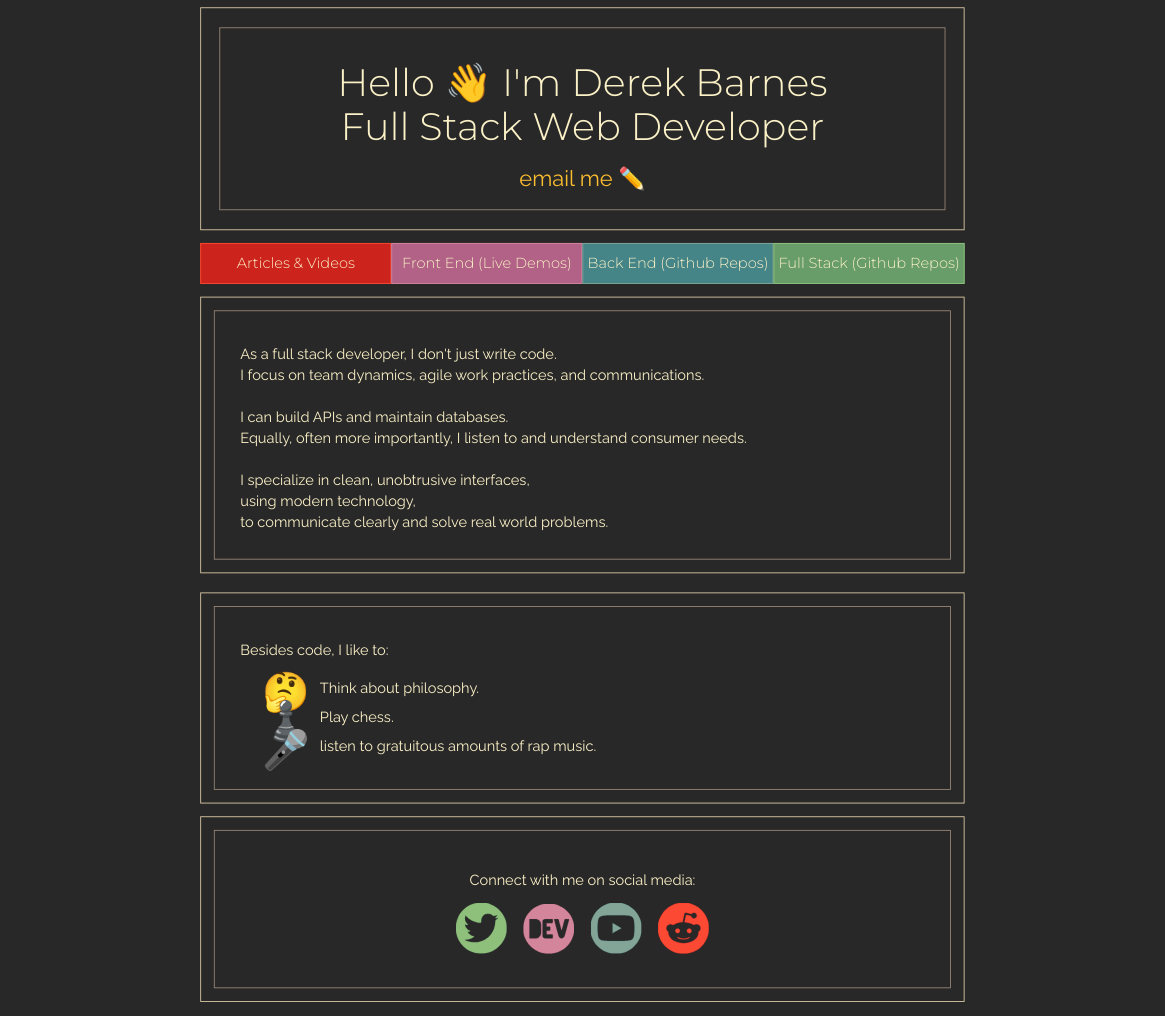
Repository: dsbarnes/groovy-blog
Page: index.html
The author's editor kept a copy of each file at every save. The page is drawn from the files as they stood at one save, then again after the next save.
The browser window is 1280 px wide. The pictures show the whole page, at 91% of full size.
The style sheet was rebuilt from its Sass, Less or Tailwind sources for each picture, by a compiler version that may differ from the author's.

Above is the page before, as saved 2020-05-11 15:30:59.

After the next save:
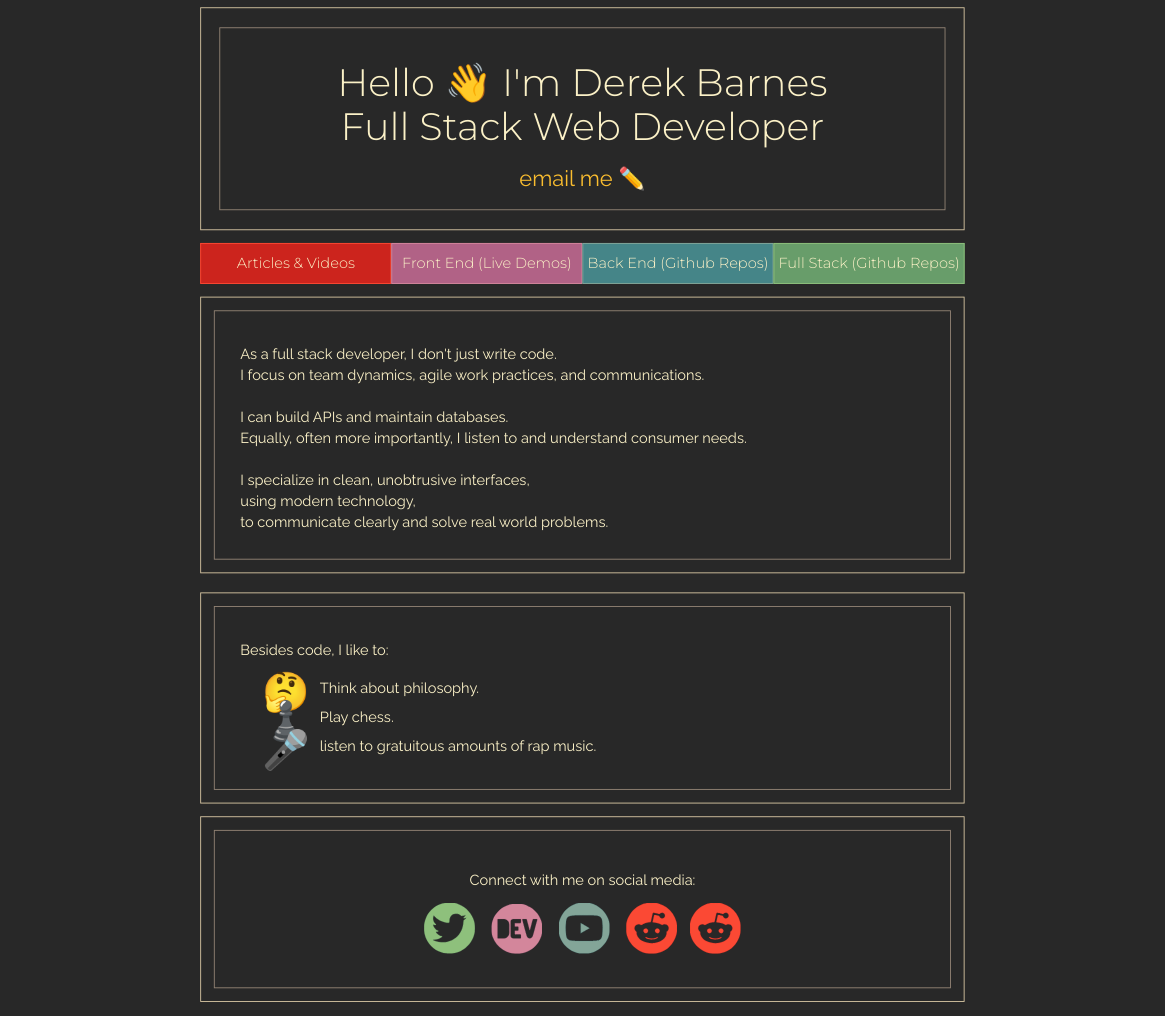
Saved 17 s later.
--- a/index.html
+++ b/index.html
@@ -88,8 +88,8 @@
                     <a href='https://dev.to/dsbarnes' id="devto"><img src='../SVG/devLogo.svg'></a></img>
                     <a href='https://www.youtube.com/channel/UC4wXeImm3FqzbxJvwSMoQFg?view_as=subscriber'
                         id='youtube'><img src='../SVG/youtubeLogo.svg'></a></img>
-                    <a href='https://www.reddit.com/user/snipethebird' id='reddit'></a><img
-                        src='../SVG/redditLogo.svg'></img>
+                    <a href='https://www.reddit.com/user/snipethebird' id='reddit'><img
+                            src='../SVG/redditLogo.svg'></a><img src='../SVG/redditLogo.svg'></img>
                 </div>
 
             </div>

After the save that followed:
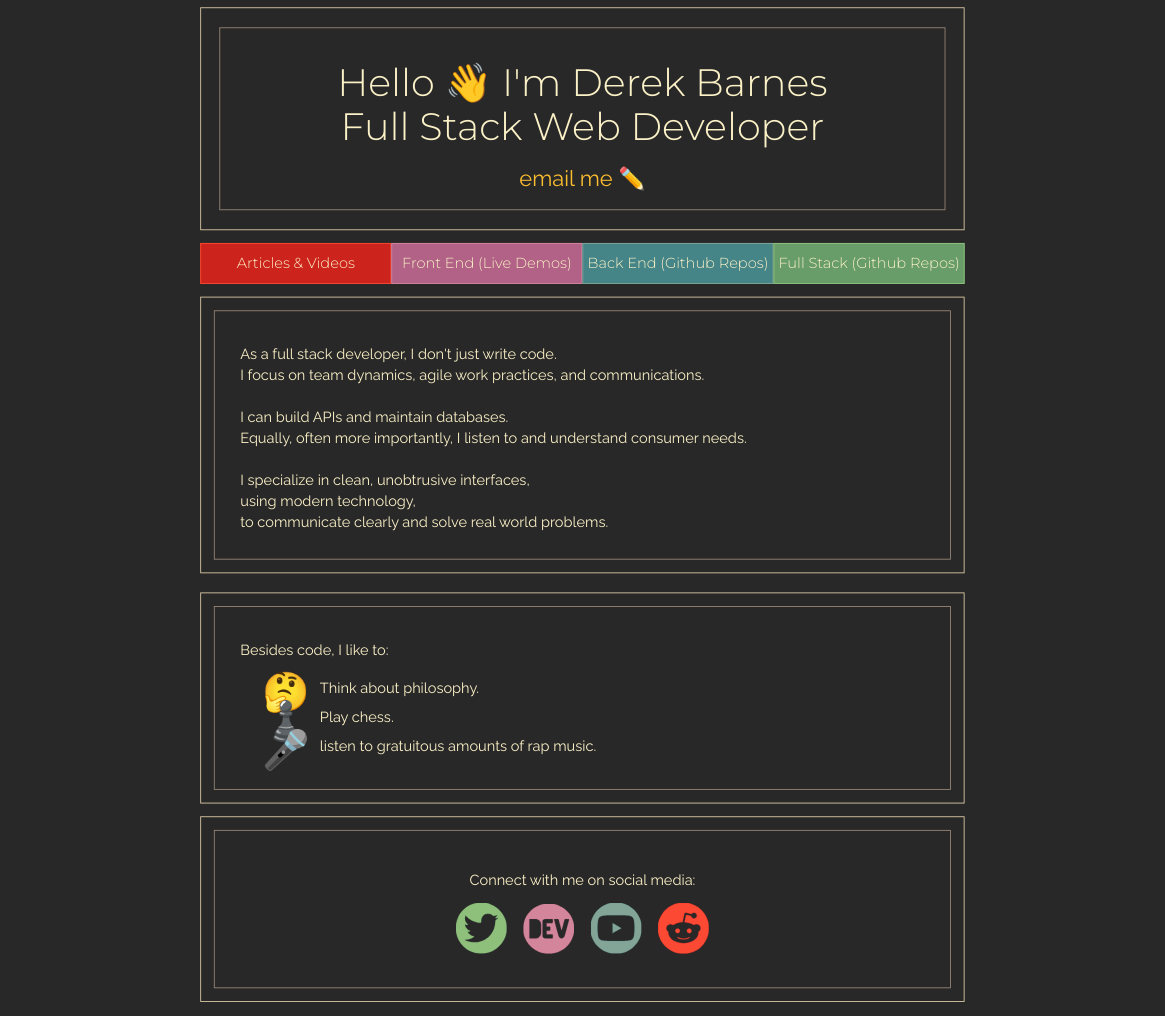
Saved 18 s later.
--- a/index.html
+++ b/index.html
@@ -88,8 +88,8 @@
                     <a href='https://dev.to/dsbarnes' id="devto"><img src='../SVG/devLogo.svg'></a></img>
                     <a href='https://www.youtube.com/channel/UC4wXeImm3FqzbxJvwSMoQFg?view_as=subscriber'
                         id='youtube'><img src='../SVG/youtubeLogo.svg'></a></img>
-                    <a href='https://www.reddit.com/user/snipethebird' id='reddit'><img
-                            src='../SVG/redditLogo.svg'></a><img src='../SVG/redditLogo.svg'></img>
+                    <img src='../SVG/redditLogo.svg'><a href='https://www.reddit.com/user/snipethebird'
+                        id='reddit'></a></img>
                 </div>
 
             </div>
